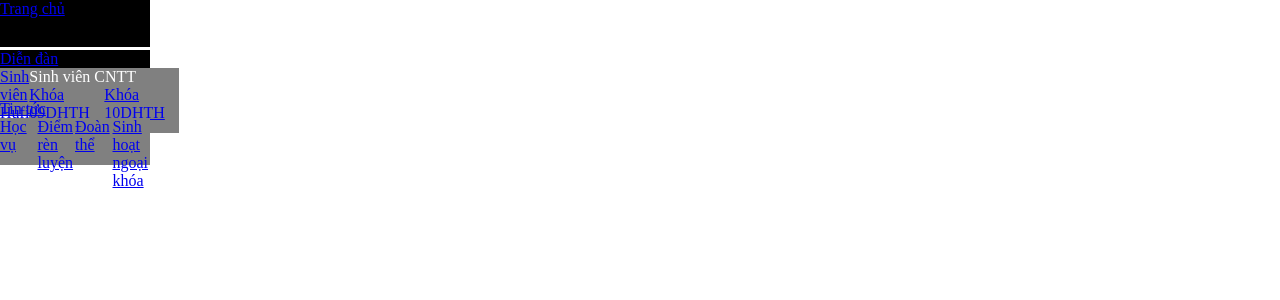
Repository: Tan-Khang21/TH_TKW--Buoi_08
Page: Bai_Tap_Tren_Lop/Bai_02_main/Bai_02_main.html
An editor plug-in stored every save of this project. The page is shown before and after the next save, followed by the edit.
The browser window is 1280 px wide. The pictures show the whole page.

Above is the page before, as saved 2024-03-13 14:48:33.

After the next save:
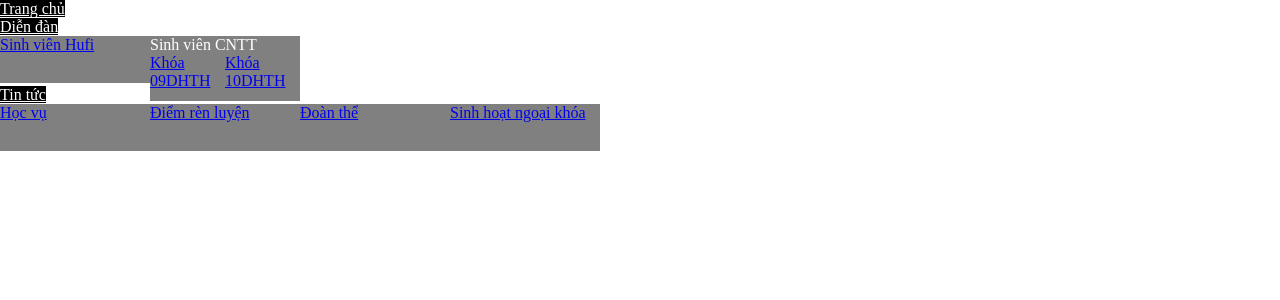
Saved 13 s later.
--- a/Bai_Tap_Tren_Lop/Bai_02_main/style.css
+++ b/Bai_Tap_Tren_Lop/Bai_02_main/style.css
@@ -10,7 +10,7 @@ ul {
 .list3 {
   display: flex;
 }
-.list1_item {
+.list1_item > a {
   width: 150px;
   height: 50px;
   background-color: black;
